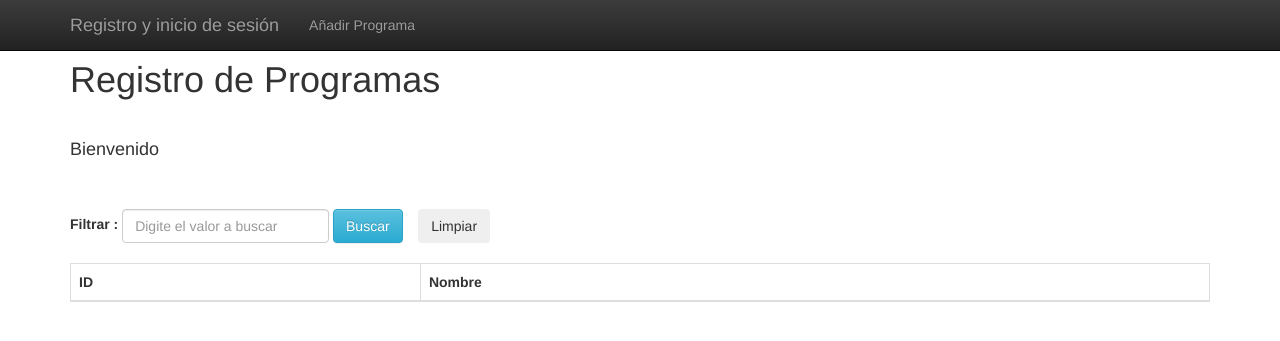
Repository: AndresBR2003/Proyecto-Integrador
Page: http://localhost/index
The author's editor kept a copy of each file at every save. The page is drawn from the files as they stood at one save, then again after the next save.
The browser window is 1280 px wide. The pictures show the whole page.
The page is this project's Thymeleaf template; nobody is signed in. The template is opened directly, without the code that normally fills it, so the values that code supplies are empty.

Above is the page before, as saved 2023-10-14 21:36:47.
Console error (its wording comes from the project's code and is left out).

### UnidosPorUnPerúMejor/src/main/resources/templates/index.html
<!DOCTYPE html>
<html xmlns:th="http://www.thymeleaf.org"
	xmlns:sec="http://www.thymeleaf.org/thymeleaf-extras-springsecurity3">
<head>

<meta charset="utf-8">
<title>Inicio</title>
<!-- Latest compiled and minified CSS -->
<link rel="stylesheet"
	href="https://maxcdn.bootstrapcdn.com/bootstrap/3.3.7/css/bootstrap.min.css"
	integrity="sha384-BVYiiSIFeK1dGmJRAkycuHAHRg32OmUcww7on3RYdg4Va+PmSTsz/K68vbdEjh4u"
	crossorigin="anonymous">

<!-- Optional theme -->
<link rel="stylesheet"
	href="https://maxcdn.bootstrapcdn.com/bootstrap/3.3.7/css/bootstrap-theme.min.css"
	integrity="sha384-rHyoN1iRsVXV4nD0JutlnGaslCJuC7uwjduW9SVrLvRYooPp2bWYgmgJQIXwl/Sp"
	crossorigin="anonymous">
</head>
<body>


	<nav class="navbar navbar-inverse navbar-fixed-top">
		<div class="container">
			<div class="navbar-header">
				<button type="button" class="navbar-toggle collapsed"
					data-toggle="collapse" data-target="#navbar" aria-expanded="false"
					aria-controls="navbar">
					<span class="sr-only">Toggle navigation</span> <span
						class="icon-bar"></span> <span class="icon-bar"></span> <span
						class="icon-bar"></span>
				</button>
				<a class="navbar-brand" href="#" th:href="@{/}">Registro y
					inicio de sesión</a>
			</div>
			<div id="navbar" class="collapse navbar-collapse">
				<ul class="nav navbar-nav">
					<li sec:authorize="isAuthenticated()"><a th:href="@{/logout}">Cerrar
							sesión</a></li>
					<li><a th:href="@{/nuevo}">Añadir Programa</a></li>
				</ul>
			</div>
		</div>
	</nav>

	<br>
	<br>

	<div class="container">
		<h1>Registro de Programas</h1>
		<br>
		<h4>
			Bienvenido <span sec:authentication="principal.username"></span>
		</h4>

		<br> <br>

			<form class="form-inline" th:action="@{/}">
				<div class="form-group mb-2">
					<label>Filtrar : </label>
				</div>
				<div class="form-group mx-sm-3 mb-2">
					<input type="text" name="palabraClave" class="form-control" id="palabraClave" th:value="${palabraClave}" placeholder="Digite el valor a buscar" required>
				</div>
				<input type="submit" class="btn btn-info mb-2" value="Buscar">
				&nbsp;&nbsp;
				<input type="submit" class="btn btn-secondary mb-2" value="Limpiar">
			</form>
			<br>
		<table class="table table-striped table-bordered">
			<thead class="table-dark">
				<tr>
					<th>ID</th>
					<th>Nombre</th>
				</tr>
			</thead>
			<tbody>
				<tr th:each="p: ${listaProgramas}">
					<td th:text="${p.idPro}"></td>
					<td th:text="${p.nombrePro}"></td>
					<td>
						<a class="btn btn-primary" th:href="@{'/editar/' + ${p.idPro}}">Editar</a>
						&nbsp;
						<a class="btn btn-danger" th:href="@{'/eliminar/' + ${p.idPro}}">Eliminar</a>
					</td>
				</tr>
			</tbody>
		</table>
	</div>



	<!-- Latest compiled and minified JavaScript -->
	<script
		src="https://maxcdn.bootstrapcdn.com/bootstrap/3.3.7/js/bootstrap.min.js"
		integrity="sha384-Tc5IQib027qvyjSMfHjOMaLkfuWVxZxUPnCJA7l2mCWNIpG9mGCD8wGNIcPD7Txa"
		crossorigin="anonymous"></script>
</body>
</html>

After the next save:
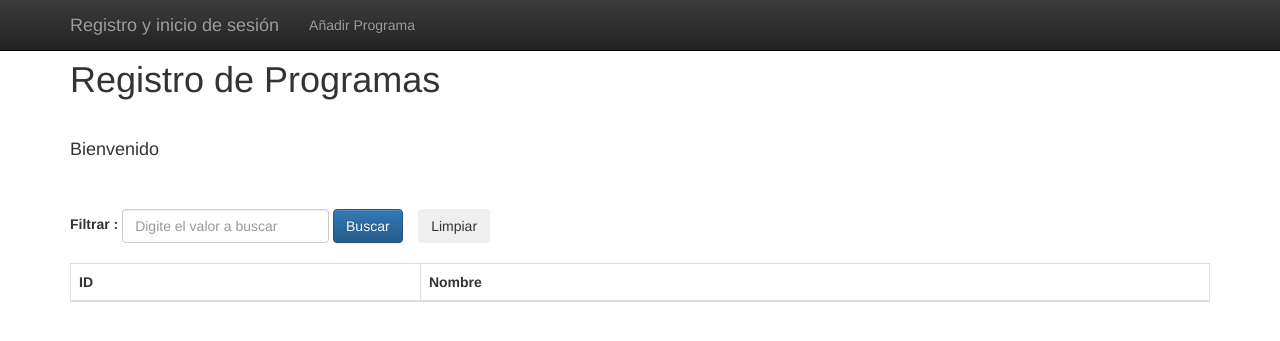
Saved 20 min 39 s later.
--- a/UnidosPorUnPerúMejor/src/main/resources/templates/index.html
+++ b/UnidosPorUnPerúMejor/src/main/resources/templates/index.html
@@ -62,7 +62,7 @@
 				<div class="form-group mx-sm-3 mb-2">
 					<input type="text" name="palabraClave" class="form-control" id="palabraClave" th:value="${palabraClave}" placeholder="Digite el valor a buscar" required>
 				</div>
-				<input type="submit" class="btn btn-info mb-2" value="Buscar">
+				<input type="submit" class="btn btn-primary mb-2" value="Buscar">
 				&nbsp;&nbsp;
 				<input type="submit" class="btn btn-secondary mb-2" value="Limpiar">
 			</form>
